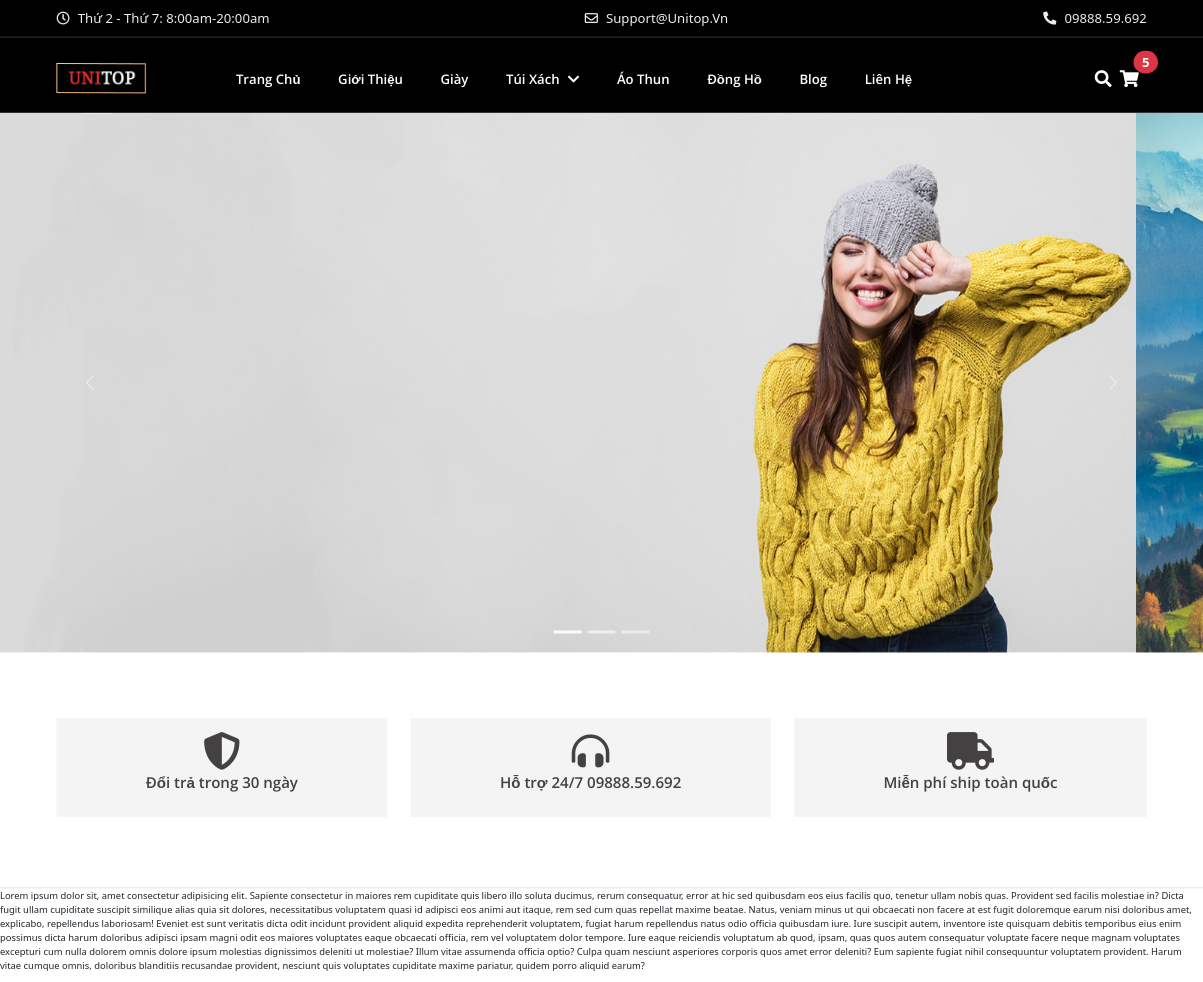
Repository: vinhtk0209/clothes-shop
Page: index.html
The author's editor kept a copy of each file at every save. The page is drawn from the files as they stood at one save, then again after the next save.
The browser window is 1280 px wide. The pictures show the whole page, at 94% of full size.

Above is the page before, as saved 2021-10-04 17:55:45.

### index.html
<!DOCTYPE html>
<html lang="en">
  <head>
    <meta charset="UTF-8" />
    <meta http-equiv="X-UA-Compatible" content="IE=edge" />
    <meta name="viewport" content="width=device-width, initial-scale=1.0" />
    <title>UNI-SHOP</title>
    <link rel="stylesheet" href="assets/css/reset.css" />
    <link rel="stylesheet" href="assets/fontawesome/css/all.css" />
    <link rel="stylesheet" href=" assets/boostrap/css/bootstrap.min.css" />
    <link rel="preconnect" href="https://fonts.googleapis.com" />
    <link rel="preconnect" href="https://fonts.gstatic.com" crossorigin />
    <link
      href="https://fonts.googleapis.com/css2?family=Open+Sans:wght@400;600;700&display=swap"
      rel="stylesheet"
    />
    <script src="assets/js/jquery.min.js"></script>
    <link rel="stylesheet" href="assets/css/main.css" />
  </head>
  <body>
    <div id="wrapper">
      <div id="header">

          <div class="header-info">
            <div class="container-1160">
            <ul
              class="
                list-info list-unstyled
                d-flex
                justify-content-between
                align-items-center
              "
            >
              <li>
                <p class="header-descr time-contact">
                  <span class="icon-time">
                    <!-- icon time -->
                    <i class="far fa-clock"></i>
                  </span>
                  <span class="descr-time ps-2 descr"
                    >thứ 2 - thứ 7: 8:00am-20:00am</span
                  >
                </p>
              </li>
              <li>
                <p class="header-descr email-contact">
                  <span class="icon-email">
                    <!-- icon email -->
                    <i class="far fa-envelope"></i>
                  </span>
                  <span class="descr-email ps-2 descr"> support@unitop.vn </span>
                </p>
              </li>
              <li>
                <p class="header-descr phone-number">
                  <span class="icon-phone">
                    <!-- icon phone -->
                    <i class="fas fa-phone-alt"></i>
                  </span>
                  <span class="descr-phone ps-2 descr"> 09888.59.692 </span>
                </p>
              </li>
            </ul>
          </div>
          </div>
          <!-- END HEADER-INFO -->
          <div
            class="header-menu d-flex align-items-center container-1160"

          >

            <div class="header-menu-logo mr-95">
              <a href="" class="logo-link">
                <img src="assets/images/logo.png" alt="logo" />
              </a>
            </div>
            <div class="header-menu-list ">
              <ul
                class="
                  list-menu
                  d-flex

                  align-items-center list-unstyled
                "
              >
                <li>
                  <a href="" class="list-name text-decoration-none">Trang chủ</a>
                </li>
                <li>
                  <a href="" class="list-name text-decoration-none">Giới thiệu</a>
                </li>
                <li>
                  <a href="" class="list-name text-decoration-none">Giày</a>
                </li>
                <li class="position-relative list-product">
                  <a href="" class="list-name text-decoration-none "
                    >Túi xách
                    <span class="icon-arrow-down ps-2">
                      <!-- icon arrow down -->
                      <i class="fas fa-chevron-down"></i>
                    </span></a
                  >

                  <ul class="sub-menu list-unstyled position-absolute  bg-submenu ">

                    <li>
                      <a href="" class="text-decoration-none color-submenu ">
                        túi xách tay nữ
                      </a>
                    </li>
                    <li>
                      <a href="" class="text-decoration-none  color-submenu">
                        túi đeo chéo nữ
                      </a>
                    </li>
                    <li>
                      <a href="" class="text-decoration-none color-submenu">
                        túi bản to
                      </a>
                    </li>
                    <li>
                      <a href="" class="text-decoration-none color-submenu">
                        túi đeo vai
                      </a>
                    </li>
                  </ul>
                </li>
                <li>
                  <a href="" class="list-name text-decoration-none">áo thun</a>
                </li>
                <li>
                  <a href="" class="list-name text-decoration-none">đồng hồ</a>
                </li>
                <li>
                  <a href="" class="list-name text-decoration-none">blog</a>
                </li>
                <li>
                  <a href="" class="list-name text-decoration-none">liên hệ</a>
                </li>
              </ul>
            </div>
            <!-- END MENU-LIST -->
            <div
              class="
                header-menu-function
                d-flex
                justify-content-between
                align-items-center
                ms-auto
              "
            >
              <div class="icon-search text-white ">
                <span class="search fs-18">
                  <!-- icon search -->
                  <span><i class="fas fa-search"></i></span>
                </span>
              </div>
              <div class="icon-cart">
                <a
                  href=""
                  class="btn text-white position-relative"
                >
                  <span class="fs-18">
                    <!-- icon cart  -->
                    <i class="fas fa-shopping-cart"></i>
                  </span>
                  <span
                    class="
                      position-absolute
                      top-0
                      start-100
                      translate-middle
                      badge
                      rounded-pill
                      bg-danger
                      fs-14
                    "
                  >
                    5
                  </span>
                </a>
              </div>
            </div>
          </div>
          <!-- END HEADER MENU -->
        </div>
      </div>
      <div id="slide" class="slide">
        <div id="carouselExampleIndicators" class="carousel slide" data-bs-ride="carousel">
          <div class="carousel-indicators">
            <button type="button" data-bs-target="#carouselExampleIndicators" data-bs-slide-to="0" class="active bg-btn-slide" aria-current="true" aria-label="Slide 1"></button>
            <button type="button" data-bs-target="#carouselExampleIndicators" data-bs-slide-to="1" aria-label="Slide 2 "
            class="bg-btn-slide"></button>
            <button type="button" data-bs-target="#carouselExampleIndicators" data-bs-slide-to="2" aria-label="Slide 3"
            class="bg-btn-slide"></button>
          </div>
          <div class="carousel-inner">
            <div class="carousel-item active">
              <img src="assets/images/slide-1.png" class="d-block w-100" alt="...">
              <!-- <div class="carousel-caption d-none d-md-block">
                <h5>First slide label</h5>
                <p>Some representative placeholder content for the first slide.</p>
              </div> -->
            </div>
            <div class="carousel-item">
              <img src="assets/images/slide-2.jpg" class="d-block w-100" alt="...">
            </div>
            <div class="carousel-item">
              <img src="assets/images/slide-3.png" class="d-block w-100" alt="...">
            </div>
          </div>
          <button class="carousel-control-prev" type="button" data-bs-target="#carouselExampleIndicators" data-bs-slide="prev">
            <span class="carousel-control-prev-icon" aria-hidden="true"></span>
            <span class="visually-hidden">Previous</span>
          </button>
          <button class="carousel-control-next" type="button" data-bs-target="#carouselExampleIndicators" data-bs-slide="next">
            <span class="carousel-control-next-icon" aria-hidden="true"></span>
            <span class="visually-hidden">Next</span>
          </button>
        </div>
        <!-- CARD INFO -->
          <!-- <div class="card-img-overlay card-descr text-center">
            <p class="discount fs-18 fw-bold color-p-card-discount">Giảm Giá 30%</p>
            <h4 class="product-name fw-bold">
              ÁO LEN HÀN QUỐC
            </h4>
            <p class="descr fs-18 color-p-card-descr fw-regular   ">
              Lorem ipsum dolor sit amet, consectetur adipiscing elit, sed do eiusmod tempor incididunt ut labore et dolore magna aliqua. Quis
            </p>
            <button type="button" class="btn btn-dark btn-buynow fs-18 text-button fw-regular pd-btn">Mua ngay</button>
          </div> -->
      </div>
      <!-- END SLIDE -->
      <div id="special-offer " class="special-offer pd-bottom-75  border-bottom" >
        <div class="container-1160 d-flex justify-content-between align-items-center text-center">
          <div class="return-time box-offer">
            <span class="icon-return-time d-block ">
              <!-- icon return  -->
              <i class="fas fa-shield-alt fs-40"></i>
            </span>
            <p class="special__offer--descr m-0 ">
              Đổi trả trong 30 ngày
            </p>
          </div>
          <!-- END RETURN TIME -->
          <div class="special__offer--support-phone box-offer">
            <span class="icon-return-time d-block ">
              <!-- icon headphone  -->
              <i class="fas fa-headphones-alt fs-40"></i>

            </span>
            <p class="special__offer--descr m-0 ">
              Hỗ trợ 24/7 09888.59.692
            </p>
          </div>
          <!-- END SUPPORT PHONE -->
          <div class="special__offer--freeship box-offer">
            <span class="icon-return-time d-block ">
              <!-- icon truck  -->
              <i class="fas fa-truck fs-40"></i>
            </span>
            <p class="special__offer--descr m-0 ">
              Miễn phí ship toàn quốc
            </p>
          </div>
          <!-- END FREESHIP -->
        </div>
      </div>
      <!-- END SPECIAL OFFER -->
      <!-- END HEADER -->
      <div id="content">
       <p>Lorem ipsum dolor sit, amet consectetur adipisicing elit. Sapiente consectetur in maiores rem cupiditate quis libero illo soluta ducimus, rerum consequatur, error at hic sed quibusdam eos eius facilis quo, tenetur ullam nobis quas. Provident sed facilis molestiae in? Dicta fugit ullam cupiditate suscipit similique alias quia sit dolores, necessitatibus voluptatem quasi id adipisci eos animi aut itaque, rem sed cum quas repellat maxime beatae. Natus, veniam minus ut qui obcaecati non facere at est fugit doloremque earum nisi doloribus amet, explicabo, repellendus laboriosam! Eveniet est sunt veritatis dicta odit incidunt provident aliquid expedita reprehenderit voluptatem, fugiat harum repellendus natus odio officia quibusdam iure. Iure suscipit autem, inventore iste quisquam debitis temporibus eius enim possimus dicta harum doloribus adipisci ipsam magni odit eos maiores voluptates eaque obcaecati officia, rem vel voluptatem dolor tempore. Iure eaque reiciendis voluptatum ab quod, ipsam, quas quos autem consequatur voluptate facere neque magnam voluptates excepturi cum nulla dolorem omnis dolore ipsum molestias dignissimos deleniti ut molestiae? Illum vitae assumenda officia optio? Culpa quam nesciunt asperiores corporis quos amet error deleniti? Eum sapiente fugiat nihil consequuntur voluptatem provident. Harum vitae cumque omnis, doloribus blanditiis recusandae provident, nesciunt quis voluptates cupiditate maxime pariatur, quidem porro aliquid earum?</p>
      </div>
      <!-- END CONTENT -->
      <div id="footer"></div>
      <!-- END FOOTER -->
    </div>
    <!-- END WRAPPER -->
    <script src="assets/js/bootstrap.bundle.min.js"></script>
    <script src="assets/js/popper.min.js"></script>
  </body>
</html>

### assets/css/reset.css
/*
 * Bootstrap Reboot v4.3.1 (https://getbootstrap.com/)
 * Copyright 2011-2019 The Bootstrap Authors
 * Copyright 2011-2019 Twitter, Inc.
 * Licensed under MIT (https://github.com/twbs/bootstrap/blob/master/LICENSE)
 * Forked from Normalize.css, licensed MIT (https://github.com/necolas/normalize.css/blob/master/LICENSE.md)
 */

*,
*::before,
*::after {
    box-sizing: border-box;
}

html {
    font-family: sans-serif;
    line-height: 1.15;
    -webkit-text-size-adjust: 100%;
    -webkit-tap-highlight-color: rgba(0, 0, 0, 0);
}

article,
aside,
figcaption,
figure,
footer,
header,
hgroup,
main,
nav,
section {
    display: block;
}

body {
    margin: 0;
    font-family: -apple-system, BlinkMacSystemFont, "Segoe UI", Roboto, "Helvetica Neue", Arial, "Noto Sans", sans-serif, "Apple Color Emoji", "Segoe UI Emoji", "Segoe UI Symbol", "Noto Color Emoji";
    font-size: 1rem;
    font-weight: 400;
    line-height: 1.5;
    color: #212529;
    text-align: left;
    background-color: #fff;
}

[tabindex="-1"]:focus {
    outline: 0 !important;
}

hr {
    box-sizing: content-box;
    height: 0;
    overflow: visible;
}

h1,
h2,
h3,
h4,
h5,
h6 {
    margin-top: 0;
    margin-bottom: 0.5rem;
}

p {
    margin-top: 0;
    margin-bottom: 1rem;
}

abbr[title],
abbr[data-original-title] {
    text-decoration: underline;
    -webkit-text-decoration: underline dotted;
    text-decoration: underline dotted;
    cursor: help;
    border-bottom: 0;
    -webkit-text-decoration-skip-ink: none;
    text-decoration-skip-ink: none;
}

address {
    margin-bottom: 1rem;
    font-style: normal;
    line-height: inherit;
}

ol,
ul,
dl {
    margin-top: 0;
    margin-bottom: 1rem;
}

ol ol,
ul ul,
ol ul,
ul ol {
    margin-bottom: 0;
}

dt {
    font-weight: 700;
}

dd {
    margin-bottom: .5rem;
    margin-left: 0;
}

blockquote {
    margin: 0 0 1rem;
}

b,
strong {
    font-weight: bolder;
}

small {
    font-size: 80%;
}

sub,
sup {
    position: relative;
    font-size: 75%;
    line-height: 0;
    vertical-align: baseline;
}

sub {
    bottom: -.25em;
}

sup {
    top: -.5em;
}

a {
    color: #007bff;
    text-decoration: none;
    background-color: transparent;
}

a:hover {
    color: #0056b3;
    text-decoration: underline;
}

a:not([href]):not([tabindex]) {
    color: inherit;
    text-decoration: none;
}

a:not([href]):not([tabindex]):hover,
a:not([href]):not([tabindex]):focus {
    color: inherit;
    text-decoration: none;
}

a:not([href]):not([tabindex]):focus {
    outline: 0;
}

pre,
code,
kbd,
samp {
    font-family: SFMono-Regular, Menlo, Monaco, Consolas, "Liberation Mono", "Courier New", monospace;
    font-size: 1em;
}

pre {
    margin-top: 0;
    margin-bottom: 1rem;
    overflow: auto;
}

figure {
    margin: 0 0 1rem;
}

img {
    vertical-align: middle;
    border-style: none;
}

svg {
    overflow: hidden;
    vertical-align: middle;
}

table {
    border-collapse: collapse;
}

caption {
    padding-top: 0.75rem;
    padding-bottom: 0.75rem;
    color: #6c757d;
    text-align: left;
    caption-side: bottom;
}

th {
    text-align: inherit;
}

label {
    display: inline-block;
    margin-bottom: 0.5rem;
}

button {
    border-radius: 0;
}

button:focus {
    outline: 1px dotted;
    outline: 5px auto -webkit-focus-ring-color;
}

input,
button,
select,
optgroup,
textarea {
    margin: 0;
    font-family: inherit;
    font-size: inherit;
    line-height: inherit;
}

button,
input {
    overflow: visible;
}

button,
select {
    text-transform: none;
}

select {
    word-wrap: normal;
}

button,
[type="button"],
[type="reset"],
[type="submit"] {
    -webkit-appearance: button;
}

button:not(:disabled),
[type="button"]:not(:disabled),
[type="reset"]:not(:disabled),
[type="submit"]:not(:disabled) {
    cursor: pointer;
}

button::-moz-focus-inner,
[type="button"]::-moz-focus-inner,
[type="reset"]::-moz-focus-inner,
[type="submit"]::-moz-focus-inner {
    padding: 0;
    border-style: none;
}

input[type="radio"],
input[type="checkbox"] {
    box-sizing: border-box;
    padding: 0;
}

input[type="date"],
input[type="time"],
input[type="datetime-local"],
input[type="month"] {
    -webkit-appearance: listbox;
}

textarea {
    overflow: auto;
    resize: vertical;
}

fieldset {
    min-width: 0;
    padding: 0;
    margin: 0;
    border: 0;
}

legend {
    display: block;
    width: 100%;
    max-width: 100%;
    padding: 0;
    margin-bottom: .5rem;
    font-size: 1.5rem;
    line-height: inherit;
    color: inherit;
    white-space: normal;
}

progress {
    vertical-align: baseline;
}

[type="number"]::-webkit-inner-spin-button,
[type="number"]::-webkit-outer-spin-button {
    height: auto;
}

[type="search"] {
    outline-offset: -2px;
    -webkit-appearance: none;
}

[type="search"]::-webkit-search-decoration {
    -webkit-appearance: none;
}

::-webkit-file-upload-button {
    font: inherit;
    -webkit-appearance: button;
}

output {
    display: inline-block;
}

summary {
    display: list-item;
    cursor: pointer;
}

template {
    display: none;
}

[hidden] {
    display: none !important;
}


/*# sourceMappingURL=bootstrap-reboot.css.map */

### assets/css/main.css
* {
    margin: 0;
    padding: 0;
    box-sizing: inherit;
}
html{
    font-family: 'Open Sans', sans-serif;
    font-size: 62.5%;
    line-height: 1.5;
    box-sizing: border-box;
}
.container-1160 {
    width: 1160px;
    margin:0px auto;
}
ul{
    margin: 0;
    padding: 0;
}
.mr-95{
    margin-right:95px;
}
.outline-none{
    outline: none!important;
}
.fs-14{
    font-size: 14px;
}
.fs-18{
    font-size: 18px;
}
.fs-40{
    font-size: 40px;
}
.bg-submenu{
    background-color: #f9f9f9;
}
.color-submenu{
    color: #5c5b5b ;
}
.color-p-card-discount{
    color:#000000;
}
.color-p-card-descr{
    color:#343434;
}
.text-button{
    color:#efefef;
}
.fw-regular{
    font-weight: 400;
}
.pd-btn{
    padding:5px 25px;
}
.pd-bottom-75{
    padding-bottom: 75px;
}
.bg-btn-slide:hover{
    background-color: #e2524a!important ;
}
.fw-semibold{
    font-weight: 600;
}

/* =========================== HEADER ===========================*/
#header {
    min-height: 120px;
    background-color: #000000;
    padding: 8px 0px 0px 0px;
    text-transform: capitalize;
    width:100%;
}
.header-info{

    color:#eeeeee;
    font-weight: 400 ;
    font-size: 1.4rem;
    border-bottom:1px solid #363636;
    margin-bottom: 25px;
}

.header-menu-list ul.list-menu > li + li{
    padding-left:40px;

}
.header-menu-list ul li a.list-name{
    font-size: 1.4rem;
    color:#ffffff;
    font-weight:600 ;
    font-family: 'Open Sans', sans-serif;
    transition: all 0.5s ease-in-out;
}
.header-menu-list ul li a.list-name:hover{
    color:#e2524a ;
}
ul.list-menu li:hover>ul.sub-menu{
    opacity: 1;
    visibility: visible;

}
ul.sub-menu {
    z-index: 9999;
   min-width: 200px;
   min-height: 133px;
   padding:18px 0 20px 0;
   box-sizing: border-box;
   top:50px;
   opacity: 0;
   visibility: hidden;
   transition: all 0.5s ease-in-out;

}

ul.sub-menu li{
    padding-left:25px;

}
ul.sub-menu li a{
    font-family: 'Roboto Condensed', sans-serif;
    display: block;
    font-weight: 400;
    font-size: 1.4rem;
    margin-bottom: 10px;
    transition: all 0.5s ease-in-out;
}

ul.sub-menu li a:hover{
    color:#e2524a ;
}

/* ======================= END HEADER =======================*/

/* ======================= SLIDER =======================*/
.slide{
    /* height:700px; */
    position: relative;
    margin-bottom: 70px;
}
.card-descr{
    position: absolute;
    top:235px;
    left:340px;
    max-width:535px;
    min-height:285px;
    font-family: "Myriad Pro", sans-serif;
}

.card-descr h4.product-name{
    font-size: 5rem;
    font-family: 'Roboto Condensed', sans-serif;
    color:#e2524a;
}
/* ======================= END SLIDER =======================*/

/* ======================= SPECIAL OFFER =======================*/
.special-offer{
    /* height:600px; */

}
.box-offer{
    background-color: #f4f4f4;
    padding:  15px  95px  25px  ;
    font-size: 1.6rem;
    color:#434141;
    font-weight: 600;
    font-family: 'Open Sans', sans-serif;
}
.box-offer:hover{
    color:#e2524a;

}

Loaded but not shown: assets/fontawesome/css/all.css (library); assets/boostrap/css/bootstrap.min.css (library); assets/js/jquery.min.js (library); assets/js/bootstrap.bundle.min.js (library); assets/js/popper.min.js (library)

After the next save:
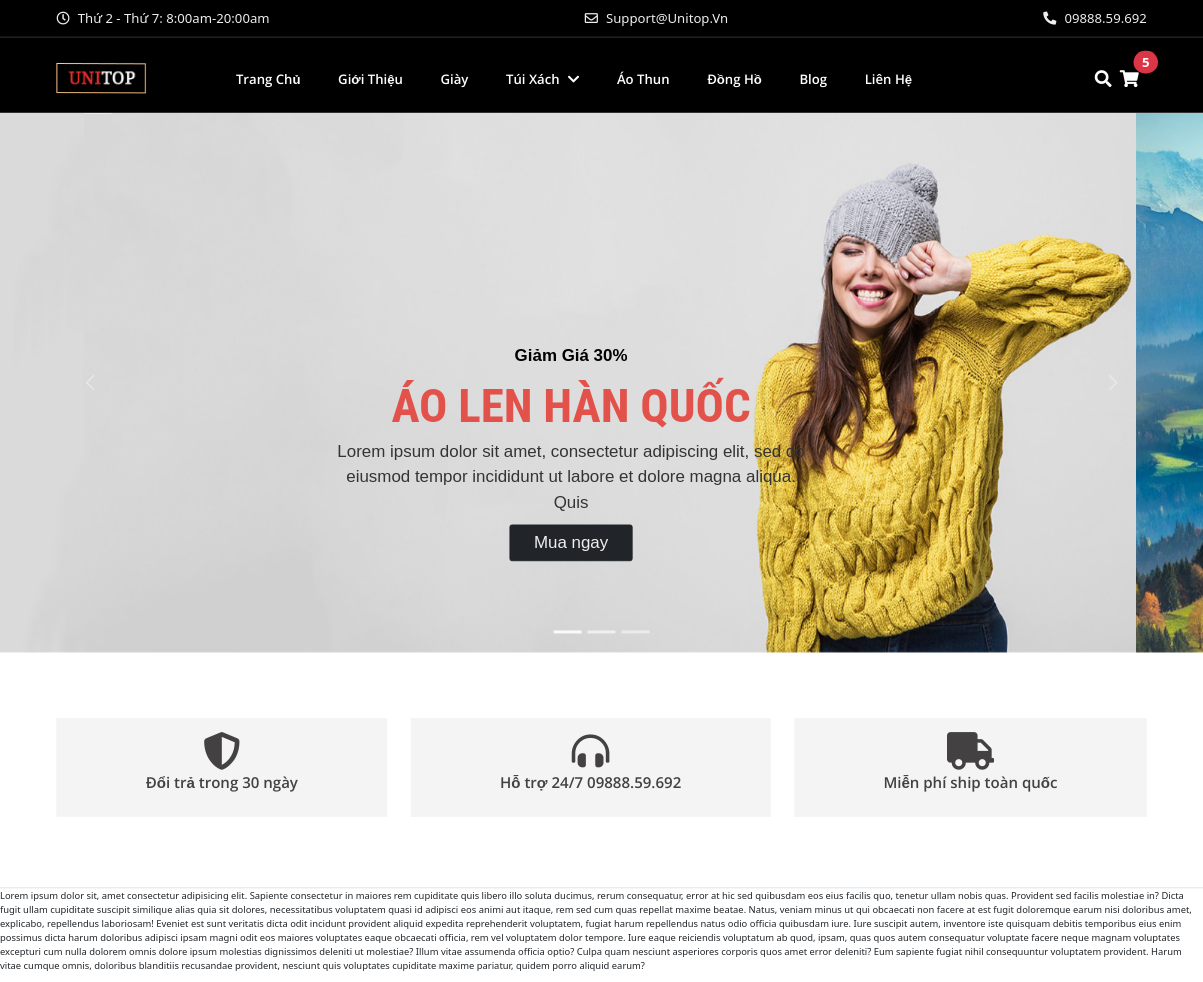
Saved 5 s later.
--- a/index.html
+++ b/index.html
@@ -219,7 +219,7 @@
           </button>
         </div>
         <!-- CARD INFO -->
-          <!-- <div class="card-img-overlay card-descr text-center">
+          <div class="card-img-overlay card-descr text-center">
             <p class="discount fs-18 fw-bold color-p-card-discount">Giảm Giá 30%</p>
             <h4 class="product-name fw-bold">
               ÁO LEN HÀN QUỐC
@@ -228,7 +228,7 @@
               Lorem ipsum dolor sit amet, consectetur adipiscing elit, sed do eiusmod tempor incididunt ut labore et dolore magna aliqua. Quis
             </p>
             <button type="button" class="btn btn-dark btn-buynow fs-18 text-button fw-regular pd-btn">Mua ngay</button>
-          </div> -->
+          </div>
       </div>
       <!-- END SLIDE -->
       <div id="special-offer " class="special-offer pd-bottom-75  border-bottom" >
